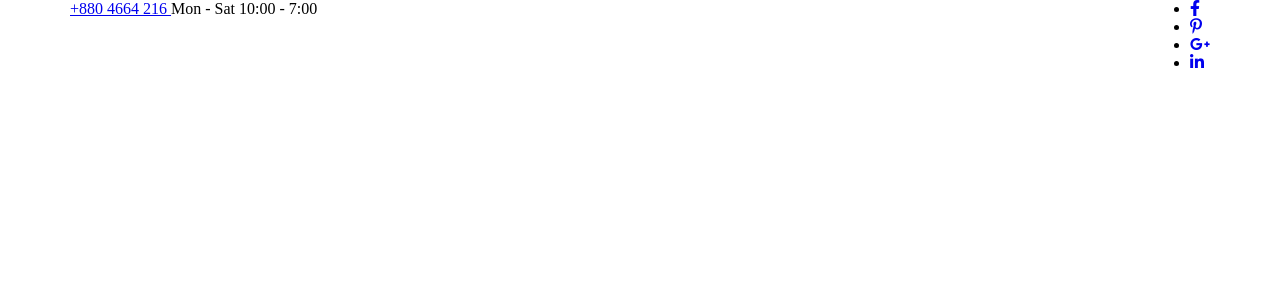
Repository: giahuy405/Day_2_Anipat
Page: index.html
An editor plug-in stored every save of this project. The page is shown before and after the next save, followed by the edit.
The browser window is 1280 px wide. The pictures show the whole page.

Above is the page before, as saved 2022-09-08 22:55:07.

After the next save:
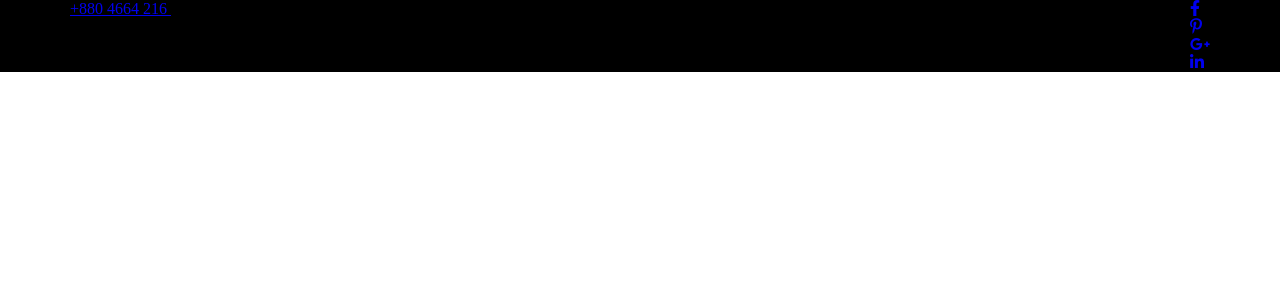
Saved 25 s later.
--- a/css/index.css
+++ b/css/index.css
@@ -16,3 +16,6 @@
 .header__social{
     float: right;
 }
+.header-top{
+    background-color: black;
+}
